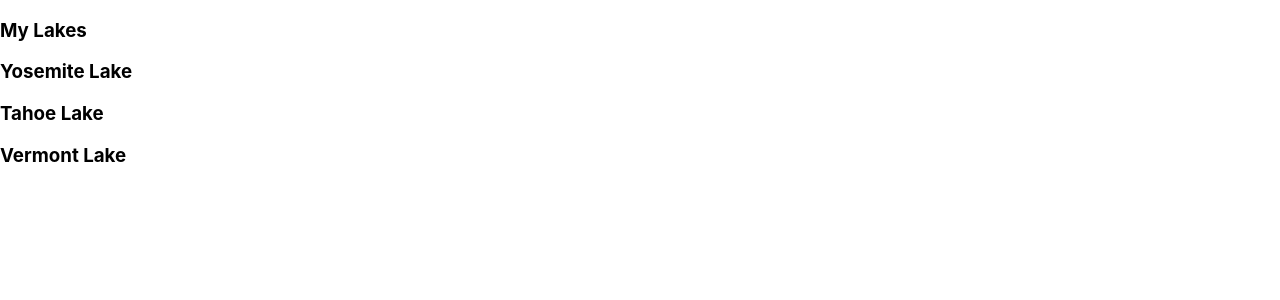
Repository: CaptainStorm21/intro-react-hooks
Page: /
An editor plug-in stored every save of this project. The page is shown before and after a run of saves, followed by the edit.
The browser window is 1280 px wide. The pictures show the whole page.
The project was rebuilt for these pictures with package versions that can differ from the ones it lists, and the page was loaded fresh each time.

Above is the page before, as saved 2020-05-25 22:07:48.

### src/index.js
import React from "react";
import ReactDOM from "react-dom";
import "./index.css";

function Lake({name}) {
  return <h3>{name}</h3>
}

function App() {
  return (
    <div>
      <h3>My Lakes</h3>
      <div className = "lakestyle"></div>
      <Lake  name="Yosemite Lake" />
      <Lake name="Tahoe Lake" />
      <Lake name="Vermont Lake" />
    </div>
  );
}



// function Hello({ library, message, books }) {
//   return (
//     <div>
//       <h1>Hello {library}</h1>
//       <h4>books avail to rent {books}</h4>
//       <h5>Hours: {message}</h5>
//     </div>
//   )
// }


// function Hello(props) {
//   console.log(props);
//   console.log(Object.keys(props));
//   return (
//     <div>
//       <h1>Hello from {props.library}</h1>
//       <h3>{props.message}</h3>
//       <h4> books available to rent - {props.books}</h4>
//       <h5>Props used - {Object.keys(props).length}</h5>
//     </div>
//   )
// }

// function Hello() {
//   return (
//     <div>
//       <p> rendering is happening </p>
//       <h1>Hello world!</h1>
//     </div>
//   )
// }
ReactDOM.render(
  //  React.createElement("h1", null, "Hello"),
  // React.createElement("h1", { style: { color: "red" } }, "Hello"),
  // React.createElement("div", { style: { color: "blue" } },
  // React.createElement("h1", null, "Morning")  ),
  // <ul>
  //   <li>Pizza</li>
  //   <li>Sushi</li>
  // </ul>,
  // /* <Hello></Hello>, */
  // <Hello library="Washington Library" message="Open for all " books={10}/>,
  <App />,
  document.getElementById("root")
);

### src/index.css
body {
  margin: 0;
  font-family: -apple-system, BlinkMacSystemFont, 'Segoe UI', 'Roboto', 'Oxygen',
    'Ubuntu', 'Cantarell', 'Fira Sans', 'Droid Sans', 'Helvetica Neue',
    sans-serif;
  -webkit-font-smoothing: antialiased;
  -moz-osx-font-smoothing: grayscale;
}

code {
  font-family: source-code-pro, Menlo, Monaco, Consolas, 'Courier New',
    monospace;
}

.lakestyle {
  padding-left: 20px;
  padding-right: 20px;
}

Loaded but not shown: public/index.html (common file)

After the next 2 saves:
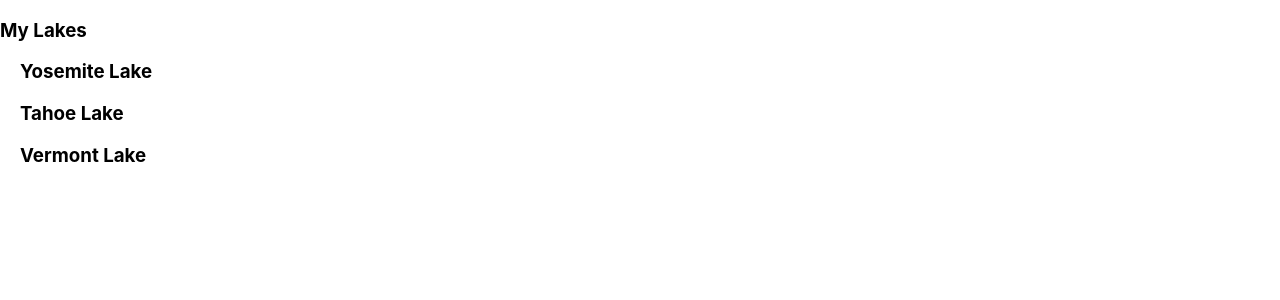
The 2 saves are shown as one change because they came seconds apart.
The last was saved 9 s later.
--- a/src/index.js
+++ b/src/index.js
@@ -10,10 +10,11 @@ function App() {
   return (
     <div>
       <h3>My Lakes</h3>
-      <div className = "lakestyle"></div>
+      <div className = "lakestyle">
       <Lake  name="Yosemite Lake" />
       <Lake name="Tahoe Lake" />
-      <Lake name="Vermont Lake" />
+        <Lake name="Vermont Lake" />
+      </div>
     </div>
   );
 }
